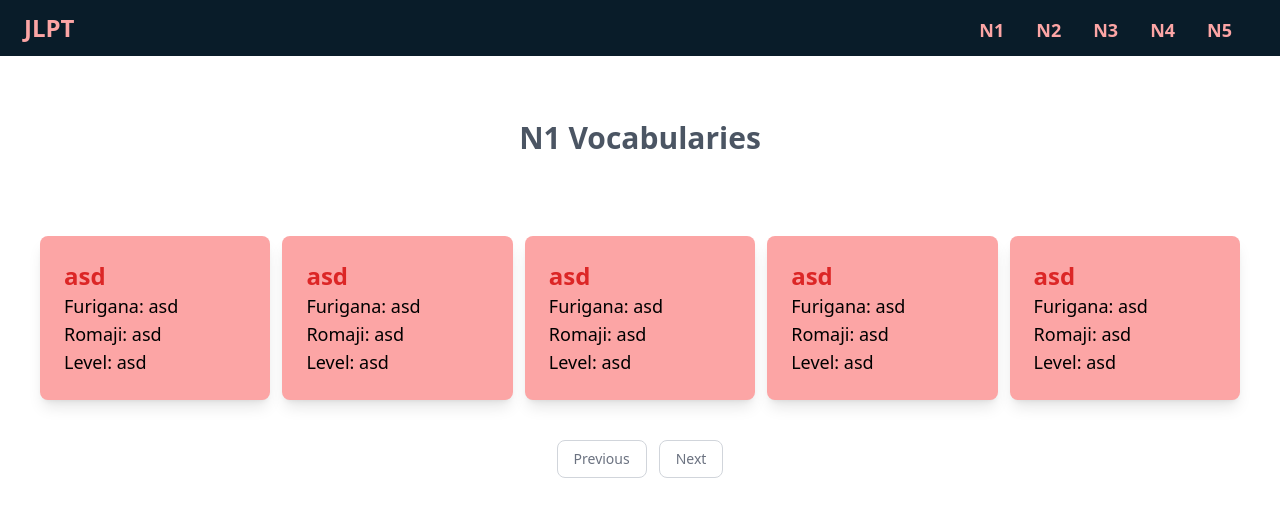
Repository: Penglee25/JLPT-vocabulary
Page: /n1
These files come from the project's save history. The page is drawn as it stood at one moment and after the next save; the edit follows.
The browser window is 1280 px wide. The pictures show the whole page.
The project was rebuilt for these pictures with package versions that can differ from the ones it lists, and the page was loaded fresh each time. The framework's server and built-in components were replaced by stand-ins that run in the browser. Also part of the build but not shown: next.config.js, src/styles/main.css.

Above is the page before, as saved 2023-03-17 15:37:09.

### src/pages/_app.tsx
import type { AppProps } from 'next/app';
import React from 'react';
import Head from '../components/head';

import '../styles/global.css';
import '../styles/main.css';

function MyApp({ Component, pageProps }: AppProps) {
  return (
    <React.Fragment>
      <Head />
      <Component {...pageProps} />
    </React.Fragment>
  )
}

export default MyApp;

### src/pages/n1.tsx
import { useState } from "react";
import Navbar from "../components/navbar";
import { pickDB } from "../utils/search-words";

export default function n1() {

    const [wordPost, setWordPost] = useState();
    const data = pickDB(1);
    const itemsPerPage = 3;

    const [currentPage, setCurrentPage] = useState(1);
    const totalPages = Math.ceil(data.length / itemsPerPage);

    const handlePrevClick = () => {
        setCurrentPage((prevPage) => prevPage - 1);
    };

    const handleNextClick = () => {
        setCurrentPage((prevPage) => prevPage + 1);
    };

    const renderData = () => {
        const start = (currentPage - 1) * itemsPerPage;
        const end = start + itemsPerPage;
        return data.slice(start, end).map((item, index) => (
            <div key={index} className="block rounded-lg bg-red-300 p-6 shadow-lg dark:bg-neutral-700">
                <span className='text-2xl font-bold text-red-600'>asd</span>
                <p className='my-0 text-lg'>Furigana: {item.furigana}</p>
                <p className='my-0 text-lg'>Romaji: {item.romaji}</p>
                <p className='my-0 text-lg'>Level: {item.level}</p>
            </div>
        ));
    };





    return (
        <div>
            <Navbar />
            <div className="container p-10">

                <div className="text-center my-20">
                    <span className="text-3xl text-gray-600 font-bold">N1 Vocabularies</span>
                </div>

                <div className=" grid md:grid-cols-5 gap-3 grid-cols-3">
                    <div key={0} className="block rounded-lg bg-red-300 p-6 shadow-lg dark:bg-neutral-700">
                        <span className='text-2xl font-bold text-red-600'>asd</span>
                        <p className='my-0 text-lg'>Furigana: asd</p>
                        <p className='my-0 text-lg'>Romaji: asd</p>
                        <p className='my-0 text-lg'>Level: asd</p>
                    </div>
                    <div key={0} className="block rounded-lg bg-red-300 p-6 shadow-lg dark:bg-neutral-700">
                        <span className='text-2xl font-bold text-red-600'>asd</span>
                        <p className='my-0 text-lg'>Furigana: asd</p>
                        <p className='my-0 text-lg'>Romaji: asd</p>
                        <p className='my-0 text-lg'>Level: asd</p>
                    </div>
                    <div key={0} className="block rounded-lg bg-red-300 p-6 shadow-lg dark:bg-neutral-700">
                        <span className='text-2xl font-bold text-red-600'>asd</span>
                        <p className='my-0 text-lg'>Furigana: asd</p>
                        <p className='my-0 text-lg'>Romaji: asd</p>
                        <p className='my-0 text-lg'>Level: asd</p>
                    </div>
                    <div key={0} className="block rounded-lg bg-red-300 p-6 shadow-lg dark:bg-neutral-700">
                        <span className='text-2xl font-bold text-red-600'>asd</span>
                        <p className='my-0 text-lg'>Furigana: asd</p>
                        <p className='my-0 text-lg'>Romaji: asd</p>
                        <p className='my-0 text-lg'>Level: asd</p>
                    </div>
                    <div key={0} className="block rounded-lg bg-red-300 p-6 shadow-lg dark:bg-neutral-700">
                        <span className='text-2xl font-bold text-red-600'>asd</span>
                        <p className='my-0 text-lg'>Furigana: asd</p>
                        <p className='my-0 text-lg'>Romaji: asd</p>
                        <p className='my-0 text-lg'>Level: asd</p>
                    </div>
                </div>

                <div className="pagination text-center mt-10">
                    <a href="#" className="inline-flex items-center px-4 py-2 text-sm font-medium text-gray-500 bg-white border border-gray-300 rounded-lg hover:bg-gray-100 hover:text-gray-700 dark:bg-gray-800 dark:border-gray-700 dark:text-gray-400 dark:hover:bg-gray-700 dark:hover:text-white">
                        Previous
                    </a>
                    <a href="#" className="inline-flex items-center px-4 py-2 ml-3 text-sm font-medium text-gray-500 bg-white border border-gray-300 rounded-lg hover:bg-gray-100 hover:text-gray-700 dark:bg-gray-800 dark:border-gray-700 dark:text-gray-400 dark:hover:bg-gray-700 dark:hover:text-white">
                        Next
                    </a>
                </div>

            </div>
        </div>
    )
}

### src/components/head.tsx
import NextHead from 'next/head';

const title = 'JLPT Vocabulary API';
const desc = 'A RESTful / GraphQL API for JPLT vocabulary from N5 to N1';
const url = 'https://jlpt-keiz.vercel.app';

export default function Head() {
  return (
    <NextHead>
      <title>{title}</title>
      <meta name="description" content={desc} />
      <link rel="shortcut icon" type="image/x-icon" href="/icon-r.png" />

      <meta property="og:type" content="website" />
      <meta property="og:title" content={title} />
      <meta property="og:description" content={desc} />
      <meta property="og:url" content={url} />
      <meta property="og:image" content={`${url}/icon-s.png`} />

      <meta name="twitter:card" content="summary" />
    </NextHead>
  );
}

### src/styles/global.css
@tailwind base;
@tailwind components;
@tailwind utilities;

html {
  @apply antialiased;
}

.levels{
  color: #a2a2a2;
  font-weight: 600;
  transition: .3s;
  cursor: pointer;
}

.levels::after{
  content: '\261B';
  margin-left: 5px;
  position: absolute;
}

.levels:hover{
  color: black;
  text-decoration: underline;
}

### src/components/navbar.tsx
import Link from 'next/link'
import { useState } from 'react'

import { navLinks } from '../utils/data'

export default function Navbar() {
    const [isOpen, setIsOpen] = useState(false)
    const animate = useState(true)


    const NavMobile = ({ onClick }: any) => {
        // const animate = useStartAnimation()

        // return (
        //     <div className={`md:hidden flex flex-col text-white font-dosis w-11/12 mx-auto pl-2 pb-5 ${animate? '': 'translate-x-60 -translate-y-7 opacity-0'} transform transition duration-1000`}>

        //     </div>
        // )
    }

    return (
        <div style={{ backgroundColor: '#091c29' }} className='fixed top-0 w-full z-20 px-6'>
            <div className="w-full mx-auto py-3 flex items-center justify-between text-red-300 font-dosis transform transition duration-2500 text-2xl font-bold cursor-pointer">
                <Link href={navLinks[0].path}>
                <h3> JLPT </h3>
                </Link>
                <div className={`hidden md:block ${animate ? '' : 'translate-x-20 opacity-0'} transform transition duration-2500`}>
                    {
                        navLinks.map((nav: any, i) => (
                            <Link key={i} href={nav.path}>
                                <span className='font-bold text-lg mr-4 px-2 cursor-pointer border-b-2 border-transparent hover:border-white anim'>{nav.name}</span>
                            </Link>
                        ))
                    }
                </div>

                <div className='md:hidden -mr-1 flex'>
                </div>
            </div>


        </div>
    )
}

### src/utils/search-words.ts
import { Word, WordsResponse, Level } from '../types';
import { all, n1, n2, n3, n4, n5 } from '../../data-source/db'

export const pickDB = (level?: number): Word[] => {
  if (level === 1) return n1
  if (level === 2) return n2
  if (level === 3) return n3
  if (level === 4) return n4
  if (level === 5) return n5
  return all
}

export const search = (db: Word[], word: string): Word[] => {
  return db.filter(w => w.word === word)
}

export const searchWords = (
  { offset, limit, level, word }: { offset: number; limit: number; level?: Level, word?: string }
) => {
  limit = limit || 10
  offset = offset || 0
  const db = pickDB(level)
  const result = word ? search(db, word) : db
  const start = offset * limit;
  const words = result.slice(start, start + limit);
  const data: WordsResponse = {
    total: result.length,
    offset,
    limit,
    words,
  };
  return data;
}

export const randomWord = (level?: number) => {
  const db = pickDB(level)
  return db[Math.floor(Math.random() * db.length)];
}

### src/utils/data.ts
export const navLinks = [
    { name: "",
     path: "/"
    },
    {
      name: "N1",
      path: "/n1",
    },
    {
      name: "N2",
      path: "/N2",
    },
    {
      name: "N3",
      path: "/N3",
    },
    {
      name: "N4",
      path: "/N4",
    },
    {
      name: "N5",
      path: "/N5",
    },
  ];

### data-source/db/index.ts
import _all from './all.json'
import _n1 from './n1.json'
import _n2 from './n2.json'
import _n3 from './n3.json'
import _n4 from './n4.json'
import _n5 from './n5.json'
import { Word } from '../../src/types'

export const all = _all as Word[]
export const n1 = _n1 as Word[]
export const n2 = _n2 as Word[]
export const n3 = _n3 as Word[]
export const n4 = _n4 as Word[]
export const n5 = _n5 as Word[]

### tailwind.config.js
module.exports = {
	content: ["./src/**/*.tsx"],
	theme: {
		extend: {
			animation: {
				none: "none",
				spin: "spin 1s linear infinite",
				ping: "ping 1s cubic-bezier(0, 0, 0.2, 1) infinite",
				pulse: "pulse 2s cubic-bezier(0.4, 0, 0.6, 1) infinite",
				pulse1s: "pulse1s 1s cubic-bezier(0.4, 0, 0.6, 1) infinite",
				bounce: "bounce 1s infinite",
				newbounce: "newbounce 1s infinite",
				rebounce: "rebounce 1s infinite",
				float: "float 3s infinite",
				refloat: "refloat 3s infinite",
			},
			fontSize: {
				xs: ["0.75rem", { lineHeight: "1rem" }],
				sm: ["0.875rem", { lineHeight: "1.25rem" }],
				base: ["1rem", { lineHeight: "1.5rem" }],
				lg: ["1.125rem", { lineHeight: "1.75rem" }],
				xl: ["1.25rem", { lineHeight: "1.75rem" }],
				"2xl": ["1.5rem", { lineHeight: "2rem" }],
				"3xl": ["1.875rem", { lineHeight: "2.25rem" }],
				"4xl": ["2.25rem", { lineHeight: "2.5rem" }],
				"5xl": ["3rem", { lineHeight: "1" }],
				"6xl": ["3.75rem", { lineHeight: "1" }],
				"7xl": ["4.5rem", { lineHeight: "1" }],
				"8xl": ["6rem", { lineHeight: "1" }],
				"9xl": ["8rem", { lineHeight: "1" }],
			},
		},
	},
	plugins: [require("@tailwindcss/typography")],
};

Loaded but not shown: data-source/db/all.json (1 lines, source omitted); data-source/db/n1.json (1 lines, source omitted); data-source/db/n2.json (1 lines, source omitted); data-source/db/n3.json (1 lines, source omitted); data-source/db/n5.json (1 lines, source omitted); data-source/db/n4.json (1 lines, source omitted)

After the next save:
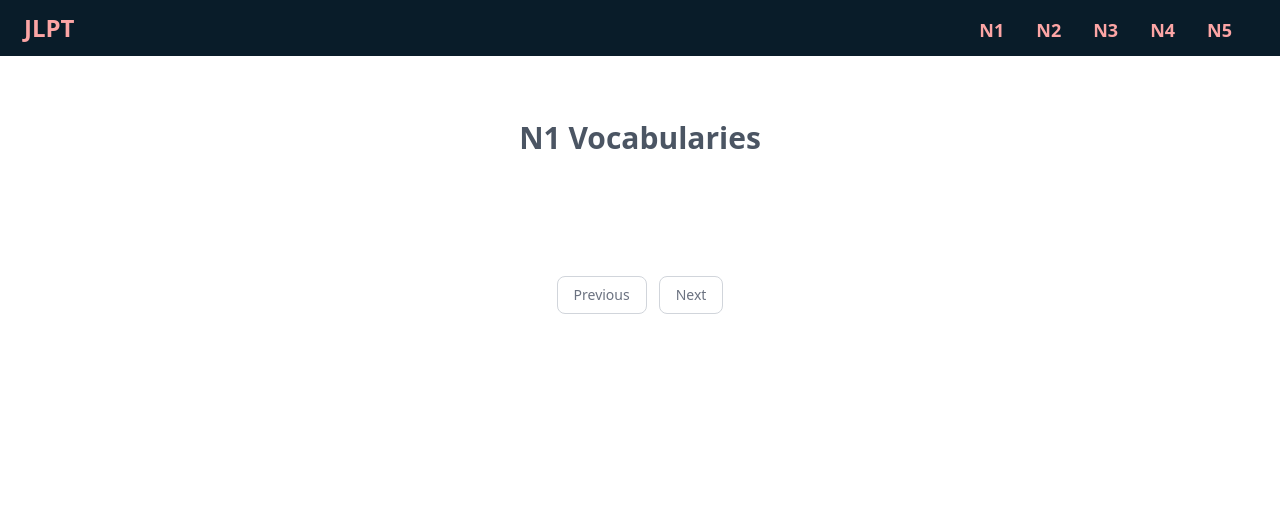
Saved 4 s later.
--- a/src/pages/n1.tsx
+++ b/src/pages/n1.tsx
@@ -46,36 +46,7 @@ export default function n1() {
                 </div>
 
                 <div className=" grid md:grid-cols-5 gap-3 grid-cols-3">
-                    <div key={0} className="block rounded-lg bg-red-300 p-6 shadow-lg dark:bg-neutral-700">
-                        <span className='text-2xl font-bold text-red-600'>asd</span>
-                        <p className='my-0 text-lg'>Furigana: asd</p>
-                        <p className='my-0 text-lg'>Romaji: asd</p>
-                        <p className='my-0 text-lg'>Level: asd</p>
-                    </div>
-                    <div key={0} className="block rounded-lg bg-red-300 p-6 shadow-lg dark:bg-neutral-700">
-                        <span className='text-2xl font-bold text-red-600'>asd</span>
-                        <p className='my-0 text-lg'>Furigana: asd</p>
-                        <p className='my-0 text-lg'>Romaji: asd</p>
-                        <p className='my-0 text-lg'>Level: asd</p>
-                    </div>
-                    <div key={0} className="block rounded-lg bg-red-300 p-6 shadow-lg dark:bg-neutral-700">
-                        <span className='text-2xl font-bold text-red-600'>asd</span>
-                        <p className='my-0 text-lg'>Furigana: asd</p>
-                        <p className='my-0 text-lg'>Romaji: asd</p>
-                        <p className='my-0 text-lg'>Level: asd</p>
-                    </div>
-                    <div key={0} className="block rounded-lg bg-red-300 p-6 shadow-lg dark:bg-neutral-700">
-                        <span className='text-2xl font-bold text-red-600'>asd</span>
-                        <p className='my-0 text-lg'>Furigana: asd</p>
-                        <p className='my-0 text-lg'>Romaji: asd</p>
-                        <p className='my-0 text-lg'>Level: asd</p>
-                    </div>
-                    <div key={0} className="block rounded-lg bg-red-300 p-6 shadow-lg dark:bg-neutral-700">
-                        <span className='text-2xl font-bold text-red-600'>asd</span>
-                        <p className='my-0 text-lg'>Furigana: asd</p>
-                        <p className='my-0 text-lg'>Romaji: asd</p>
-                        <p className='my-0 text-lg'>Level: asd</p>
-                    </div>
+
                 </div>
 
                 <div className="pagination text-center mt-10">
